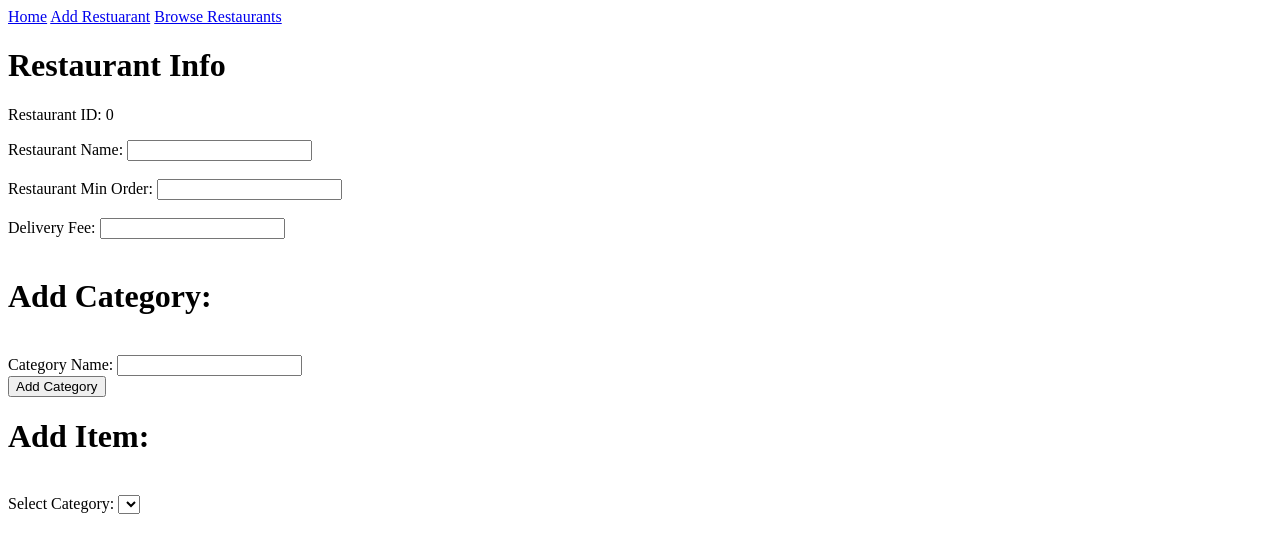
Repository: hudaali14/Carleton
Page: http://localhost/restaurants/0
An editor plug-in stored every save of this project. The page is shown before and after the next save, followed by the edit.
The browser window is 1280 px wide. The pictures show the whole page.
The page is served by the project's Node server (server.js).

Above is the page before, as saved 2020-03-12 17:39:34.

After the next save:
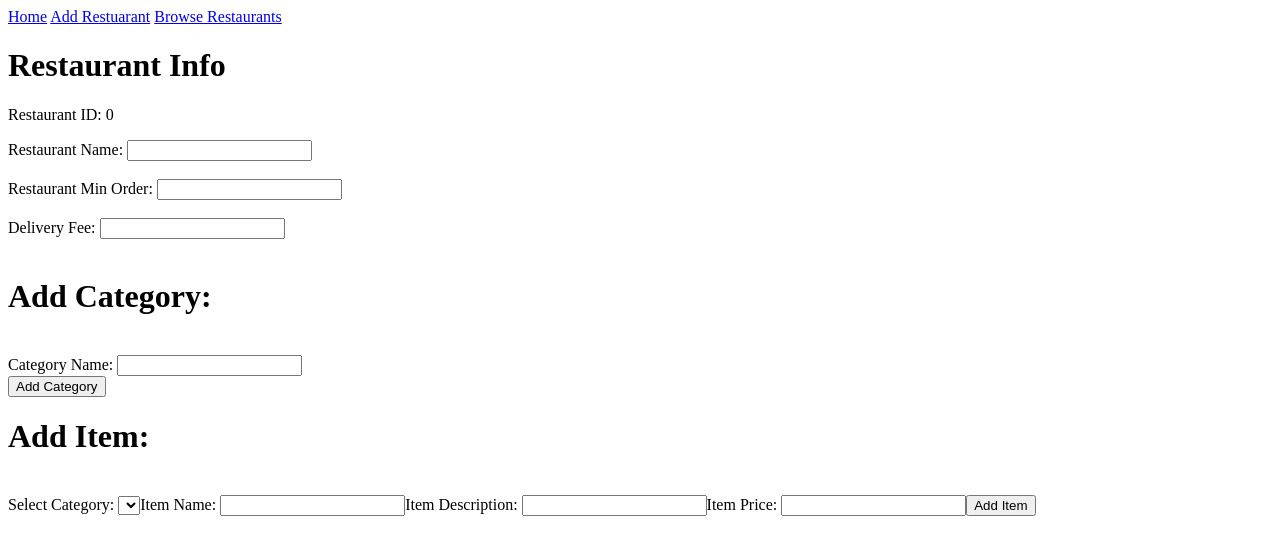
Saved 71 s later.
--- a/2406/Assignments/Assignment3 (100)/views/pages/restaurantpage.pug
+++ b/2406/Assignments/Assignment3 (100)/views/pages/restaurantpage.pug
@@ -32,3 +32,16 @@ body
     br
     | Select Category:
     select#dropdown
+
+    | Item Name:
+    input(type= "text", id="restaurantnamepage")
+
+    | Item Description:
+    input(type= "text", id="restaurantname")
+
+    | Item Price:
+    input(type= "text", id="restaurantname")
+
+    button(type="button", id="submitbutton") Add Item
+    br
+    br
